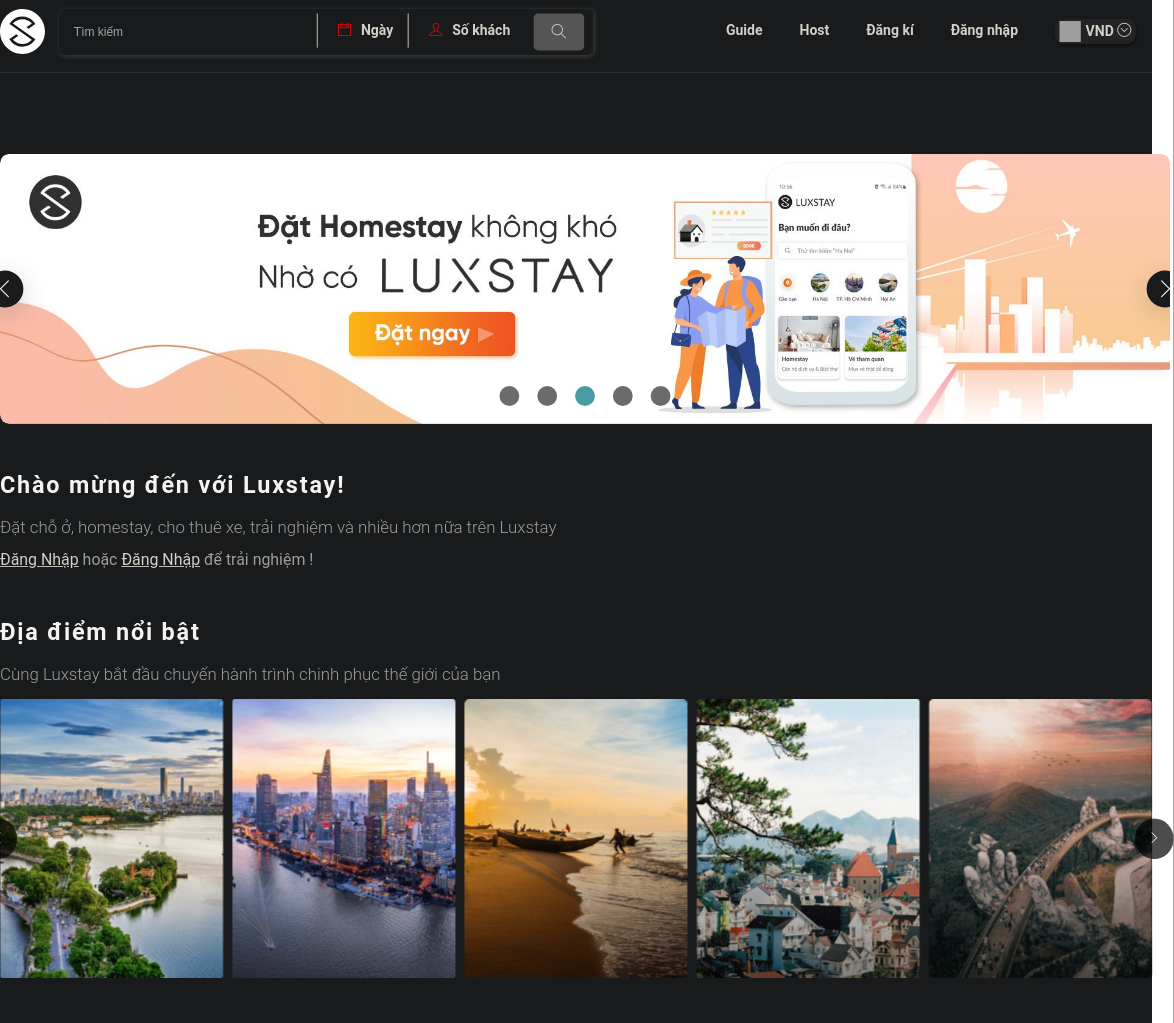
Repository: thuong22062004/Luxstay
Page: index.html
These files come from the project's save history. The page is drawn as it stood at one moment and after the next save; the edit follows.
The browser window is 1280 px wide. The page is 1304 px wide, so the pictures cover 1304 px, including what lies to the right of the window. The pictures show the whole page, at 90% of full size.
The first visible `.header__input-seacrch` has the focus.
Pictures or frames that could not be fetched are drawn as grey boxes. Some web libraries are served in a nearby version.

Above is the page before, as saved 2021-11-21 08:43:51.

After the next save:
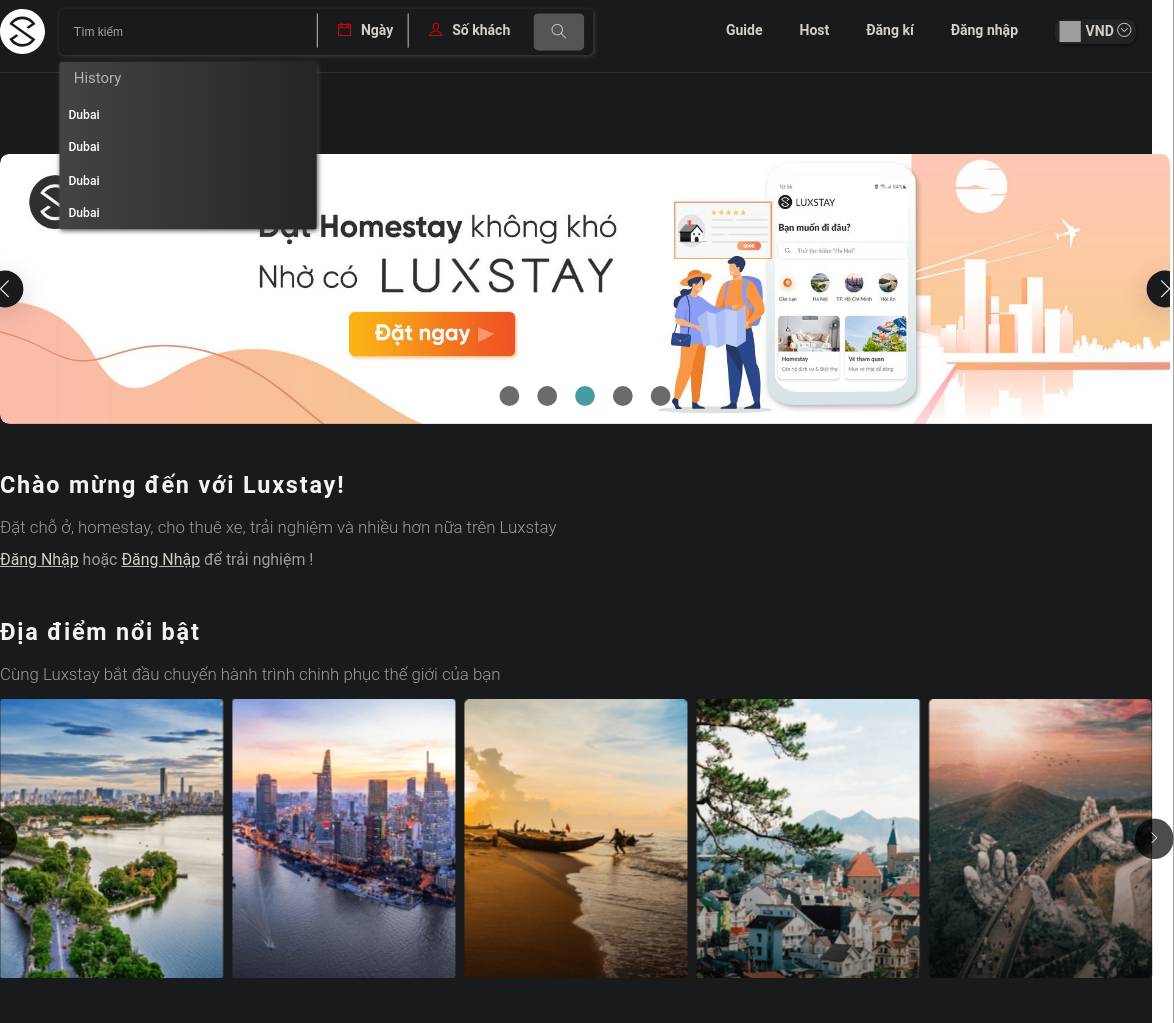
Saved 14 s later.
--- a/travel/dif.css
+++ b/travel/dif.css
@@ -247,6 +247,7 @@
 /* display:block; */
 transform:translateY(0px);
 /* opacity: 1; */
+visibility:visible;
 }
 .container{
     background: #181a1b;
